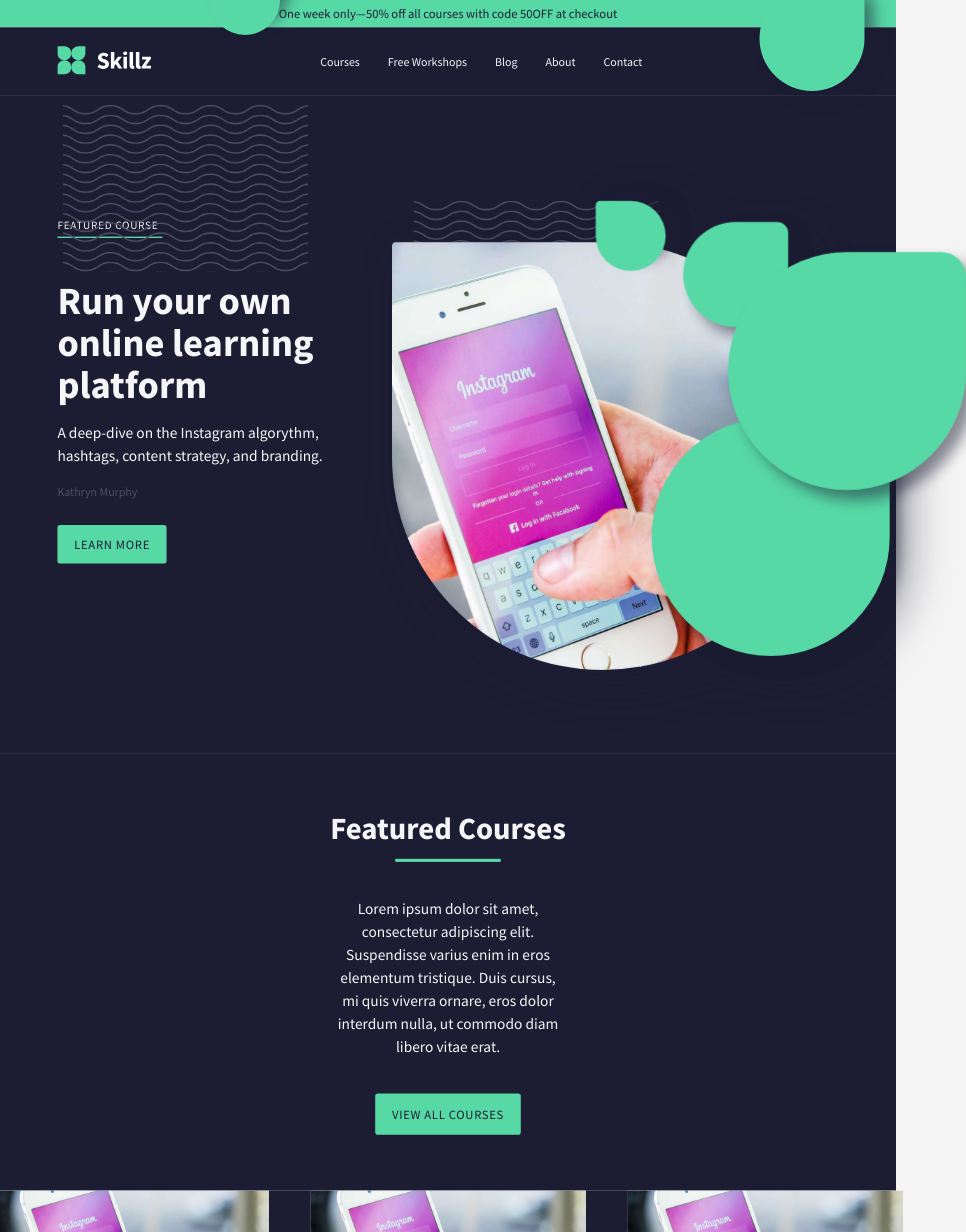
Repository: saidabbasun/skillz
Page: /
The author's editor kept a copy of each file at every save. The page is drawn from the files as they stood at one save, then again after the next save.
The browser window is 1280 px wide. The page is 1380 px wide, so the pictures cover 1380 px, including what lies to the right of the window. The pictures show the part of the page from y = 0 to 1760 px (the page is 4975 px tall), at 70% of full size.
The project was rebuilt for these pictures with package versions that can differ from the ones it lists, and the page was loaded fresh each time.

Above is the page before, as saved 2022-06-13 18:49:39.

### public/index.html
<!DOCTYPE html>
<html lang="en">
  <head>
    <meta charset="utf-8" />

    <meta name="viewport" content="width=device-width, initial-scale=1" />
    <meta name="theme-color" content="#000000" />
    <link rel="stylesheet" href="https://unicons.iconscout.com/release/v4.0.0/css/line.css">
    <link rel="stylesheet" href="path/to/font-awesome/css/font-awesome.min.css">
    <title>React App</title>
  </head>
  <body>

    <div id="root"></div>

  </body>
</html>

### src/index.js
import React from 'react';
import ReactDOM from 'react-dom/client';
import { BrowserRouter } from "react-router-dom";
import App from './App';


const root = ReactDOM.createRoot(document.getElementById('root'));
root.render(
  <BrowserRouter>
    <App />
  </BrowserRouter>
);

### src/App.js
import About from './Components/About';
import Courses from './Components/Courses/Courses';
import Header from './Components/Header';
import Home from './Components/Home';
import Workshops from './Components/Workshops/Workshops';
import './styles/Globl/collection.scss';

function App() {
  return (
    <div>
    <Header/>
    <Home/>
    <Courses/>
    <Workshops/>
    <About/>
    </div>
  );
}

export default App;

### src/Components/About.jsx
import React from "react";
import AboutImg from "../assets/images/About.png";
import { Link } from "react-router-dom";
const About = () => {
  return (
    <div>
      <div className="contactUs">
        <div className="contactLeftWrap">
          <div className="waveLine"></div>
          <div className="bgRectangleAbout">
            <div className="Rectangle1"></div>
            <div className="Rectangle2"></div>
            <div className="Rectangle3"></div>
          </div>
        </div>

        <div className="contactRightWrap">
          <div className="homeTitle">
            A Passion for Teaching
            <hr className="contactHr" />
          </div>

          <p className="homeText contactText">
            A deep-dive on the Instagram algorythm, hashtags, content strategy,
            and branding.
          </p>

          <Link to={`/`} className="homeBtn">
            About Skillz
          </Link>
        </div>
      </div>
    </div>
  );
};

export default About;

### src/Components/Courses/Courses.jsx
import React from "react";
import {Link} from 'react-router-dom'
import Cart from "./Cart";
import ContactUs from '../../assets/images/Contact.png'

const Courses = () => {
  return (
    <div className="container">
        <div className="coursesWrap">

      <div className="coursesTitle">Featured Courses
      <hr className="coursesHr" />
      </div>

      <div className="coursesText">
        Lorem ipsum dolor sit amet, consectetur adipiscing elit. Suspendisse
        varius enim in eros elementum tristique. Duis cursus, mi quis viverra
        ornare, eros dolor interdum nulla, ut commodo diam libero vitae erat.
      </div>
      <Link to={`/`} className="homeBtn ">
      View All Courses
                </Link>
        </div>
        <div className="cartWrap">
       <Cart />
       <Cart/>
       <Cart/>
        </div>
        <div className="contactUs">
          <div className="contactLeftWrap">
          <img src={ContactUs} className='contactImg' alt="Contact us" />
          </div>

          <div className="contactRightWrap">
          <div className='homeTitle'>Get personalized learning recommendations
          <hr className="contactHr" />
          </div>


                <p className="homeText contactText">Lorem ipsum dolor sit amet, consectetur adipiscing elit ut aliquam, purus sit amet luctus venenatis, lectus magna fringilla urnaLorem ipsum dolor sit amet.</p>

                <Link to={`/`} className="homeBtn">
                Contact Us
                </Link>
            </div>
          </div>
        </div>

  );
};

export default Courses;

### src/Components/Header.jsx
import React from 'react'

import { Link } from 'react-router-dom';
import Logo from '../assets/images/Logo.svg';
const Header = () => {
  return (
    <div>
        <div className="topDiscount">
            <p>One week only—50% off all courses with code 50OFF at checkout</p>
        </div>
        <div className="container">
            <div className="navbar">
                <Link  to={`/`}>
                <img src={Logo} alt="logo" />
                </Link>
                <div className="navbarNav">
                    <div className="navItem">
                        <Link  to={`/`} className='navLink'>Courses</Link>
                    </div>
                    <div className="navItem">
                        <Link  to={`/`} className='navLink'>Free Workshops</Link>
                    </div>
                    <div className="navItem">
                        <Link  to={`/`} className='navLink'>Blog</Link>
                    </div>
                    <div className="navItem">
                        <Link  to={`/`} className='navLink'>About</Link>
                    </div>
                    <div className="navItem">
                        <Link  to={`/`} className='navLink'>Contact</Link>
                    </div>
                </div>
                <div className="storWrapper">
                <Link  to={`/`}>
                <i className ="uil uil-shopping-cart stor"></i>
                </Link>
                     <div className="count">
                        <p>0</p>
                     </div>
                </div>
            </div>
        </div>
    </div>
  )
}

export default Header

### src/Components/Home.jsx
import React from 'react'
import { Link } from 'react-router-dom'

const Home = () => {
  return (
    <div className='container'>
        <div className="row">
            <div className="col5">
                <div className="CourseHome">
                    Featured Course
                </div>
                <p className='homeTitle'>Run your own online learning platform</p>
                <p className="homeText">A deep-dive on the Instagram algorythm, hashtags, content strategy, and branding.</p>
                <p className="homeAfter">Kathryn Murphy</p>
                <Link to={`/`} className="homeBtn">
                Learn More
                </Link>
            </div>
            <div className="col7">
            <div className="waveLine"></div>
                <div className="bgRectangle">

                    <div className="Rectangle1"></div>
                    <div className="Rectangle2"></div>
                    <div className="Rectangle3"></div>


                </div>
            </div>
        </div>

    </div>
  )
}

export default Home

### src/Components/Workshops/Workshops.jsx
import React from 'react'
import {Link} from 'react-router-dom';
import { Swiper, SwiperSlide } from "swiper/react";
import "swiper/css";
import "swiper/css/pagination";
import "swiper/css/navigation";

// import required modules
import { Autoplay, Pagination } from "swiper";


const Workshops = () => {

   const  listCart=[
    'Photography Basics' ,
'Business 101',
'Social Networking Camp']
  return (
    <>
    <div className='container'>
         <div className=" workshopsWrap">

<div className="coursesTitle Title ">Upcoming Free Workshops
<hr className="coursesHr" />
</div>

<div className="coursesText Text">
  Lorem ipsum dolor sit amet, consectetur adipiscing elit. Suspendisse
  varius enim in eros elementum tristique. Duis cursus, mi quis viverra
  ornare, eros dolor interdum nulla, ut commodo diam libero vitae erat.
</div>
<Link to={`/`} className="homeBtn ">
View All Workshops
          </Link>
  </div>
    </div>
    <div className="cartWrap workshopsCart">
   {listCart.map((data ,ind)=>(

       <div key={ind} className="cart">
           <p className="cartTitle">
           {data}
           </p>
           <p className="cartText">
           Lorem ipsum dolor sit amet, consectetur adipiscing elit ut aliquam, purus sit amet luctus venenatis, lectus magna fringilla urna, porttitor rhoncus dolor purus non enim praesent elementum facilisis leo.
           </p>
           <Link to={`/`} className='cartLink'>Learn More</Link>

   </div>
   ))}
   </div>
   <div className="caruselWrapper">
   <Swiper
        spaceBetween={50}
        centeredSlides={true}
        autoplay={{
          delay: 3500,
          disableOnInteraction: false,
        }}
        pagination={{
          clickable: true,
        }}

        modules={[Autoplay, Pagination]}
        className="mySwiper"
      >
        <SwiperSlide>
        <i className="uil uil-star"></i>
            <div className="caruselText">


            “Kate’s courses are a game changer. She’s thorough, organized, and explains things in a no-nonsense way that makes it easy for anyone—beginners to experts—to learn something from her courses and take their game to the next level.”
            </div>
            <div className="caruselAfter">
            James Brown, Influencer
            </div>
        </SwiperSlide>
        <SwiperSlide>
        <i className="uil uil-star"></i>
        <div className="caruselText">

                        “Kate’s courses are a game changer. She’s thorough, organized, and explains things in a no-nonsense way that makes it easy for anyone—beginners to experts—to learn something from her courses and take their game to the next level.”

            “Kate’s courses are a game changer. She’s thorough, organized, and explains things in a no-nonsense way that makes it easy for anyone—beginners to experts—to learn something from her courses and take their game to the next level.”
            </div>
            <div className="caruselAfter">
            James Brown, Influencer
            </div>
        </SwiperSlide>

      </Swiper>
   </div>
    </>
  )
}

export default Workshops

### src/styles/Globl/collection.scss
@import './globl';
@import './variables.scss';
@import './mixin';
@import '../Globl/font-face.scss';
@import '../Header.scss';
@import '../Home.scss';
@import '../Courses.scss';
@import '../Workshops.scss';
@import '../About.scss';

### src/Components/Courses/Cart.jsx
import React from 'react'
import {Link} from 'react-router-dom';
import Course from '../../assets/images/Course1.png'
const Cart = () => {
  return (
    <div className='cart'>
   <img className='cartImg' src={Course} alt="img" />
   <div className="cartBody">

      <div className="cartText">
      How to Increase Your Engagement on Instagram
      </div>
      <div className="homeAfter">
      Katie Murphy
      </div>
      <div className="PriceWrap">


      <div className="Price oldPrice">
      $ 59.99 USD
      </div>
      <div className="Price ">
      $ 59.99 USD
      </div>
      </div>
      <Link to={`/`} className='cartLink'>Learn More</Link>
   </div>
    </div>
  )
}

export default Cart

### src/styles/Globl/_globl.scss

@import './variables.scss';
*{
    box-sizing: border-box;
    padding: 0;
    margin: 0;
    font-family:SourceSansProRegular ;
    color: $color_bg_title;
}
body{
    background-color: $color_body;
}
.container{
    margin: 0 auto;


}

### src/styles/Globl/variables.scss
$color_btn:#57D9A6;
$color_body:#F5F5F5;
$color_bg_title:#1C1C33;
$text_footer: #F6F6F8;
$color_text:#4E4E65;
$color_white:#FFFFFF;
$color_cartBg:#FC5468;
$rastangle_size:100px;

### src/styles/Globl/_mixin.scss
@import '../Globl/variables.scss';
@mixin flexbox {
    display: flex;
    align-items: center;
}
@mixin Rectangle($radius,$namber) {

 position: absolute;

    width:  calc(#{$rastangle_size}  *#{$namber});
    height:  calc(#{$rastangle_size}  * #{$namber});
     border-radius: 50%;
     border-top-right-radius: $radius;
     background-color: $color_btn;
     box-shadow: 14px 14px 20px rgba(28, 28, 51, 0.5);
}

### src/styles/Globl/font-face.scss


@font-face {
    font-family: SourceSansProRegular;

    src:  url('../../assets/fontFamily/SourceSansPro-Regular.ttf');
  }
  @font-face {
    font-family: SourceSansProBold;

    src:  url('../../assets/fontFamily/SourceSansPro-Bold.ttf');
  }
  @font-face {
    font-family: SourceSansProItalic;

    src:  url('../../assets/fontFamily/SourceSansPro-Italic.ttf');
  }

### src/styles/Header.scss
@import './Globl/variables.scss';
@import './Globl/mixin';
.topDiscount{
    background-color:$color_btn;
    font-weight: 400;
font-size: 18px;
text-align: center;

padding: 8px 0;

}
.navbar{
    @include flexbox;
    background-color:$color_bg_title;
    justify-content:space-between;
    padding: 24px 82px;
}
.navbarNav{
    @include flexbox;
 column-gap: 40px;
}

.navLink{

    font-weight: 400;
font-size: 17px;
    text-decoration: none;
    color: $text_footer;
}
.storWrapper{
    position: relative;
}
.stor{
    color:$color_white;
    font-size: 40px;


}
.count{
    padding:0  6px;
    background-color: $color_cartBg;
    color: $color_white;
    position: absolute;
    border-radius: 50%;
    font-size: 11px;
    line-height: 18px;
    position: absolute;
    top: 3px;
    right: 0;

}

### src/styles/Home.scss
@import './Globl/variables.scss';
@import './Globl/mixin';
.row{

    padding:0 0 120px 82px;
 @include flexbox;

 background-color: $color_bg_title;
}
.col5{
    width: 35%;

    color: $text_footer;
}
.CourseHome{
   width: 150px;
   padding: 7px 0;
    font-weight: 400;
font-size: 16px;
letter-spacing: 1px;
text-transform: uppercase;
color: $text_footer;
border-bottom: 2px solid $color_btn;
}
.homeTitle{
    font-family: SourceSansProBold;
    padding: 59px 0 22px;
    font-weight: 700;
font-size: 55px;
line-height: 60px;
color: $text_footer;
}
.homeText{
    line-height: 33px;
font-weight: 400;
font-size: 22px;
color: $text_footer;
}
.homeAfter{
    margin: 22px 0 48px ;
    font-weight: 400;
font-size: 17px;
line-height: 27px;
color: #B2B2BF;
}
.homeBtn{

    font-weight: 400;
font-size: 18px;
line-height: 27px;
padding: 16px 24px;
letter-spacing: 1px;
text-transform: uppercase;
background-color: $color_btn;
color: $color_bg_title;
text-decoration: none   ;
border-radius: 4px;
}

.col7{
    position: relative;
    width: 60%;

    padding-top: 200px;
}

.bgRectangle{
position: relative;

 margin: 0 auto;
   width:calc(#{$rastangle_size} * 6.2);
    height: calc(#{$rastangle_size}  * 6.2);
    filter: drop-shadow(21px 21px 30px rgba(28, 28, 51, 0.4));
    border-radius: 50%;
    border-top-left-radius: 8px;

    background-image: url(../assets/images/homeImg.png);
}
    .waveLine{
      position: absolute;
      top: 150px;
      left: 90px;
        width: calc(#{$rastangle_size} * 3.5);
        height:calc(#{$rastangle_size}*2.38);
        background-image: url(../assets/images/Line.png);
        background-repeat: repeat-y;
        background-position: center;
    }
    .Rectangle1{
        @include Rectangle(6px,1) ;
      transform: rotate(-90deg);
        top: -50px;
        left: 300px;
    }
    .Rectangle2{
        @include Rectangle(16px,1.5) ;
       top: -20px;
       right: 45px;

    }
    .Rectangle3{
        @include Rectangle(36px,3.4) ;
        right: -100px;
        bottom: 20px;
    }

### src/styles/Courses.scss
@import './Globl/variables.scss';
@import './Globl/mixin';
.coursesWrap{
    background-color: $color_bg_title;
    padding: 80px 82px;
    display: flex;
    justify-content: center;
    flex-direction: column;
    align-items: center;
}
.coursesTitle{
    font-family: SourceSansProBold;
    color:$text_footer ;
    font-weight: 700;
font-size: 44px;
line-height: 53px;

}
.coursesHr{
    margin: 0 auto;
    width: 150px;
    background-color: $color_btn;
    border:2px solid  $color_btn;
    margin-top: 17px;

}
.coursesText{
    font-weight: 400;
font-size: 22px;
line-height: 33px;
color:$text_footer ;
text-align: center;
padding: 50px 400px;

}
.cartWrap{
    display: grid;
    align-items: center;
    grid-template-columns:repeat(3,auto);
    justify-content: center;
    gap: 60px;
    background-color: $color_bg_title;
    padding: 0 82px 140px;

}
.cart{
    width: 393px;
    background-color: $color_white;
}
.cartImg{

    height: 197px;
}
.cartBody{
    padding: 22px 90px 25px 24px;
}
.cartText{
    font-weight: 400;
font-size: 24px;
line-height: 29px;

}
.homeAfter{
    font-weight: 400;
font-size: 17px;
line-height: 27px;
color: $color_text;

}
.PriceWrap{
    display: flex;
    column-gap: 8px;
    padding: 8px 0 15px ;
}
.Price{
    font-weight: 400;
font-size: 22px;


}
.oldPrice{
    color: #B2B2BF;
}
.cartLink{
    font-weight: 400;
font-size: 16px;
line-height: 21px;
color: #57D9A6;
text-decoration: none;
}
.contactUs{
    @include flexbox;
    justify-content: center;
    background-color: $color_bg_title;
}
.contactLeftWrap{
    width: 70%;
}
.contactRightWrap{
    padding: 0 80px;
    @include flexbox;
    justify-content: center;
    flex-direction: column;

    row-gap: 50px;
}
.contactHr{
    width: 150px;
    background-color: $color_btn;
    border: 2px solid $color_btn;
    margin-top: 16px;
}
.contactImg{
    width: 100%;
}
.contactText{

}

### src/styles/Workshops.scss
@import './Globl/variables.scss';
.workshopsWrap{
    padding: 145px 82px;
    display: flex;
    justify-content: center;
    flex-direction: column;
    align-items: center;

    .Title{
        color: $color_bg_title;
    }
    .Text{
        color: $color_text
    }
}
.workshopsCart{
    background-color: transparent;
    .cart{
        padding: 22px 36px 24px 22px;

    }
    .cartTitle{
        font-family: SourceSansProBold;
        font-weight: 700;
font-size: 24px;
line-height: 29px;
    }
    .cartText{
        font-weight: 400;
font-size: 18px;
line-height: 27px;
color: $color_text;
padding: 15px 0 30px;
    }
}
.caruselWrapper{
    padding: 82px 117px 300px  117px;
    background-color: $color_btn;
    padding: 40px 0;
    text-align: center;
}
.caruselText{
    padding: 40px 200px;
    font-weight: 400;
font-size: 28px;
line-height: 42px;
font-family: SourceSansProItalic;
}
.caruselAfter{
    padding-bottom: 70px;
}

### src/styles/About.scss
@import './Globl/variables.scss';

.bgRectangleAbout{
    background-image: url(../assets/images/About.png);

}

After the next save:
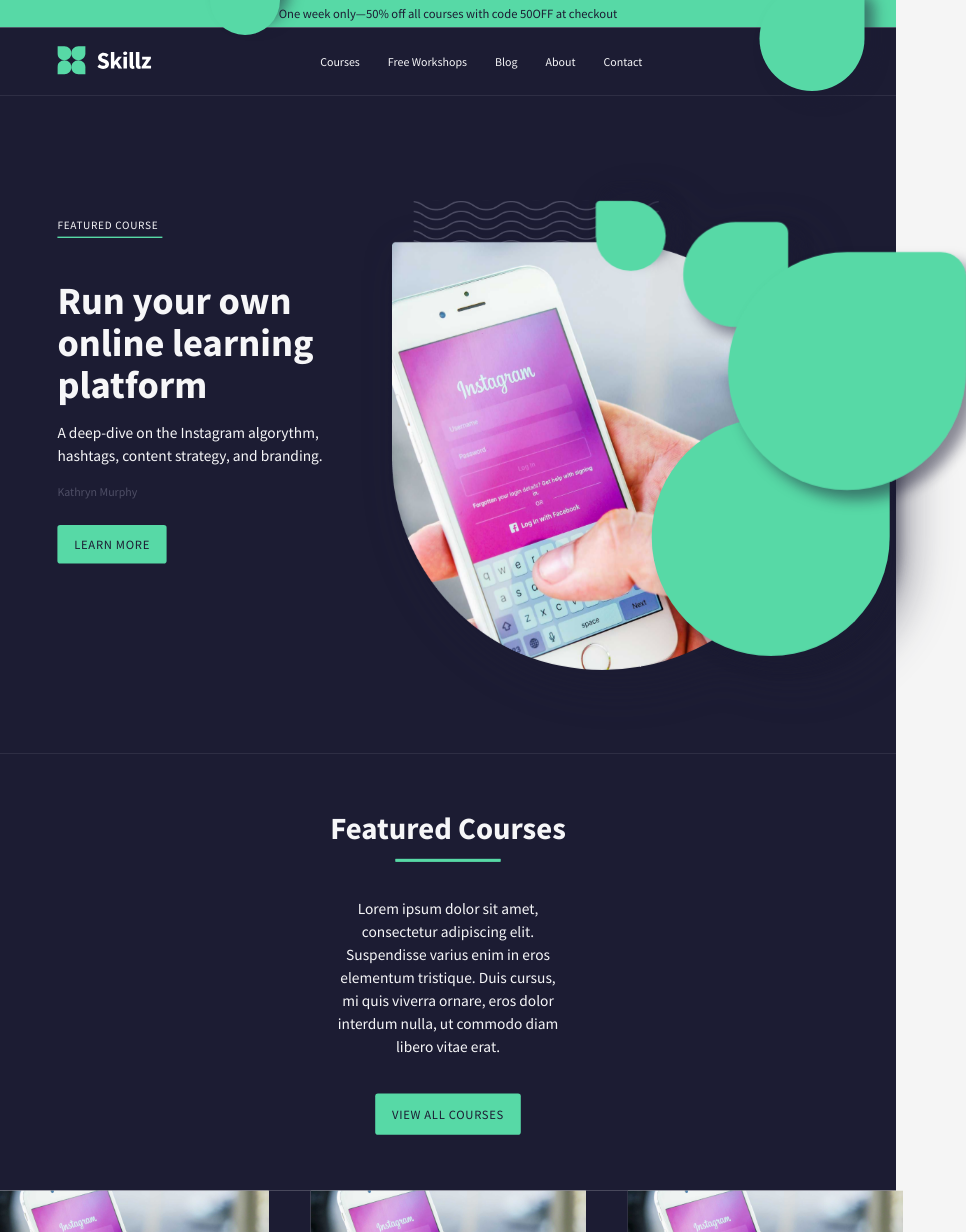
Saved 10 s later.
--- a/src/Components/About.jsx
+++ b/src/Components/About.jsx
@@ -6,7 +6,7 @@
     <div>
       <div className="contactUs">
         <div className="contactLeftWrap">
-          <div className="waveLine"></div>
+          <div className="waveLineAbout"></div>
           <div className="bgRectangleAbout">
             <div className="Rectangle1"></div>
             <div className="Rectangle2"></div>

After the save that followed:
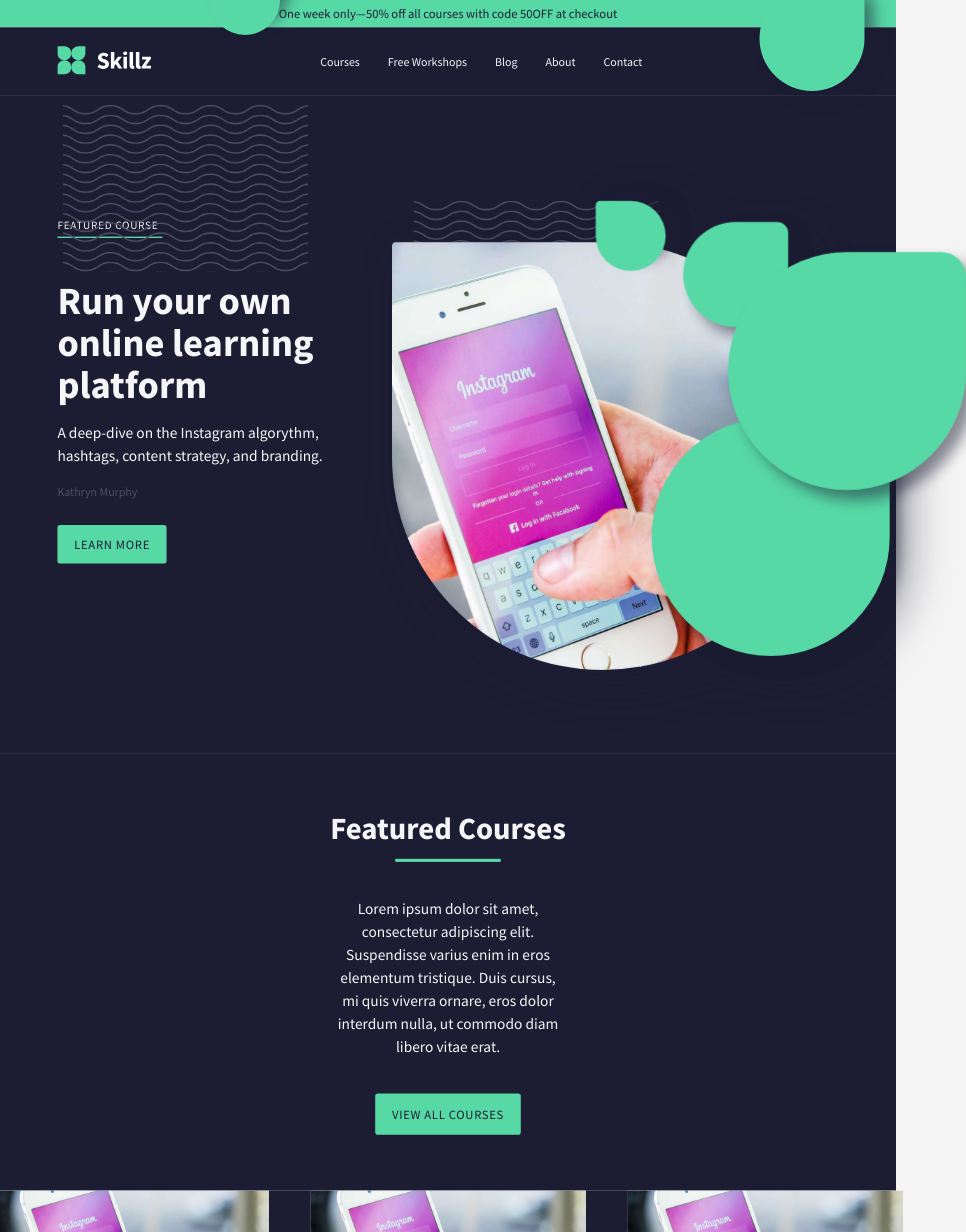
Saved 11 s later.
--- a/src/Components/About.jsx
+++ b/src/Components/About.jsx
@@ -6,7 +6,7 @@
     <div>
       <div className="contactUs">
         <div className="contactLeftWrap">
-          <div className="waveLineAbout"></div>
+          <div className="waveLine"></div>
           <div className="bgRectangleAbout">
             <div className="Rectangle1"></div>
             <div className="Rectangle2"></div>
